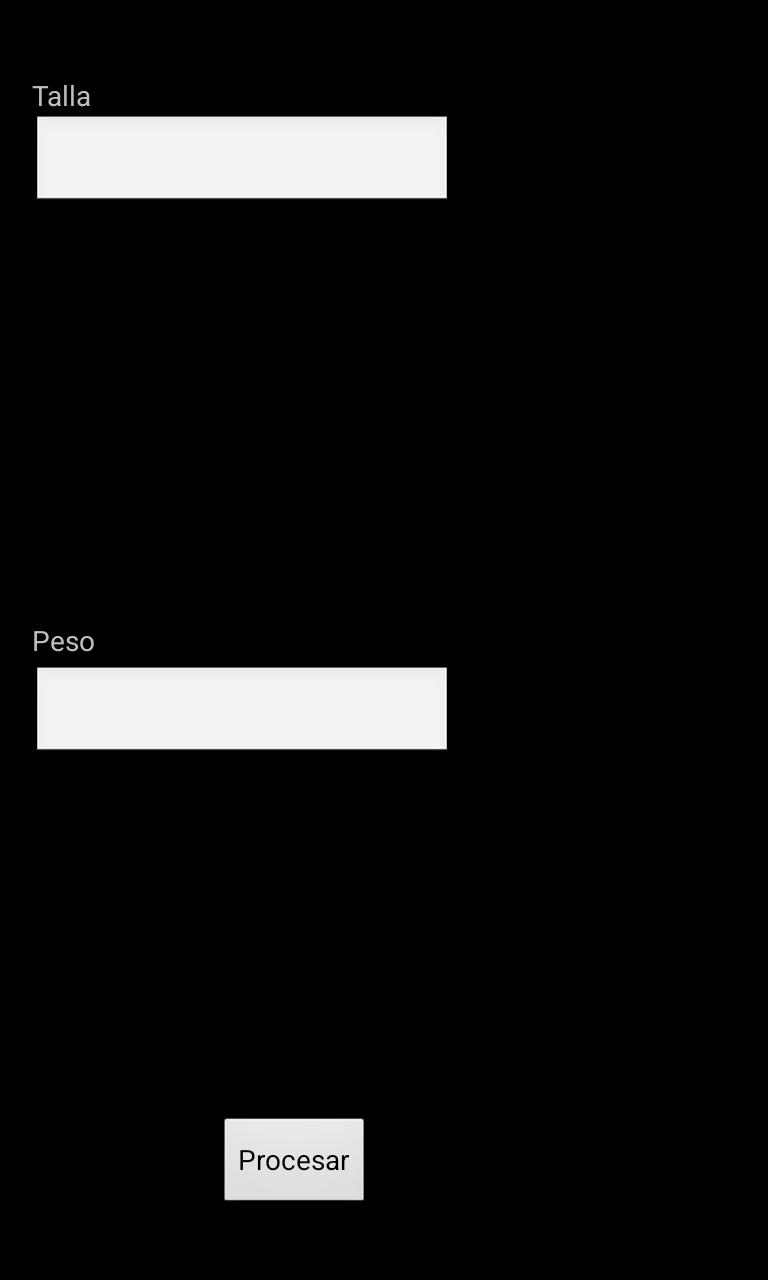
Repository: i1112928/semana02
Layout: semana02/res/layout/activity_pantalla2.xml
An editor plug-in stored every save of this project. The layout is shown before and after the next save, followed by the edit.
It is drawn on a 768 x 1280 px phone screen (xhdpi) without system bars, with theme android:Theme; the app's code is not run.

Above is the layout before, as saved 2015-05-31 16:49:43.

### semana02/res/layout/activity_pantalla2.xml
<RelativeLayout xmlns:android="http://schemas.android.com/apk/res/android"
    xmlns:tools="http://schemas.android.com/tools"
    android:layout_width="match_parent"
    android:layout_height="match_parent"
    android:paddingBottom="@dimen/activity_vertical_margin"
    android:paddingLeft="@dimen/activity_horizontal_margin"
    android:paddingRight="@dimen/activity_horizontal_margin"
    android:paddingTop="@dimen/activity_vertical_margin"
    tools:context=".Pantalla2" >

    <LinearLayout
        android:id="@+id/linearLayout1"
        android:layout_width="wrap_content"
        android:layout_height="wrap_content"
        android:layout_centerVertical="true"
        android:layout_marginRight="76dp"
        android:orientation="vertical" >

        <TextView
            android:id="@+id/txtPeso"
            android:layout_width="wrap_content"
            android:layout_height="wrap_content"
            android:text="@string/etiqueta_peso" />

    </LinearLayout>

    <TextView
        android:id="@+id/txtTalla"
        android:layout_width="wrap_content"
        android:layout_height="wrap_content"
        android:layout_alignLeft="@+id/linearLayout1"
        android:layout_alignParentTop="true"
        android:layout_marginTop="22dp"
        android:text="@string/etiqueta_talla" />

    <EditText
        android:id="@+id/inputTalla"
        android:layout_width="wrap_content"
        android:layout_height="wrap_content"
        android:layout_alignLeft="@+id/txtTalla"
        android:layout_below="@+id/txtTalla"
        android:ems="10" />

    <EditText
        android:id="@+id/inputPeso"
        android:layout_width="wrap_content"
        android:layout_height="wrap_content"
        android:layout_alignLeft="@+id/linearLayout1"
        android:layout_alignTop="@+id/linearLayout1"
        android:layout_marginTop="22dp"
        android:ems="10" />

    <Button
        android:id="@+id/btnProcesar"
        android:layout_width="wrap_content"
        android:layout_height="wrap_content"
        android:layout_alignParentBottom="true"
        android:layout_alignRight="@+id/inputPeso"
        android:layout_marginBottom="18dp"
        android:layout_marginRight="40dp"
        android:text="@string/boton_procesar" />

</RelativeLayout>

### semana02/res/values/strings.xml
<?xml version="1.0" encoding="utf-8"?>
<resources>

    <string name="app_name">semana02</string>
    <string name="action_settings">Settings</string>
    <string name="hello_world">Hello world!</string>
    <string name="menu2">Pantalla 2</string>
    <string name="title_activity_pantalla2">Pantalla02</string>
    <string name="title_activity_pantalla3">Pantalla03</string>
    <string name="title_activity_pantalla4">Pantalla04</string>
    <string name="title_activity_pantalla5">Pantalla05</string>


    <string name="etiqueta_talla">Talla</string>

    <string name="etiqueta_peso">Peso</string>

    <string name="boton_procesar">Procesar</string>



</resources>

Loaded but not shown: semana02/res/values/dimens.xml (common file)

After the next save:
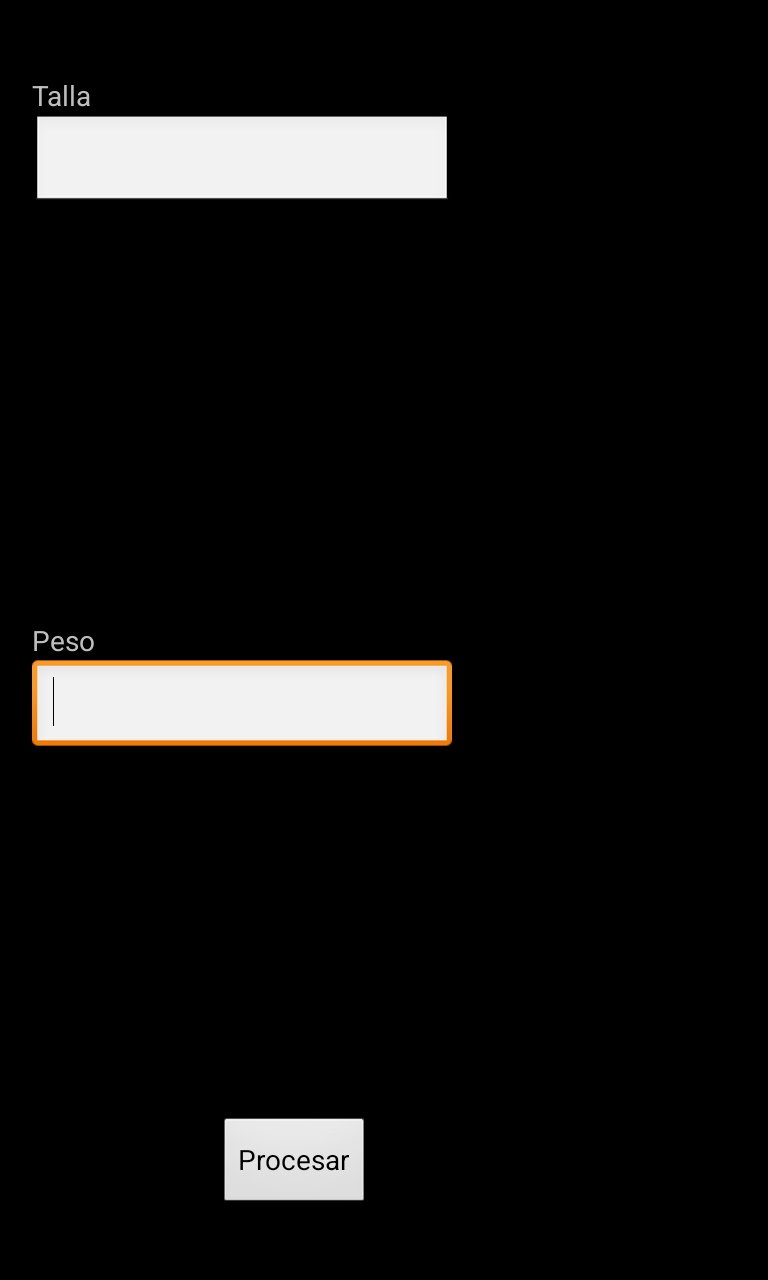
Saved 91 s later.
--- a/semana02/res/layout/activity_pantalla2.xml
+++ b/semana02/res/layout/activity_pantalla2.xml
@@ -41,15 +41,6 @@
         android:layout_below="@+id/txtTalla"
         android:ems="10" />
 
-    <EditText
-        android:id="@+id/inputPeso"
-        android:layout_width="wrap_content"
-        android:layout_height="wrap_content"
-        android:layout_alignLeft="@+id/linearLayout1"
-        android:layout_alignTop="@+id/linearLayout1"
-        android:layout_marginTop="22dp"
-        android:ems="10" />
-
     <Button
         android:id="@+id/btnProcesar"
         android:layout_width="wrap_content"
@@ -60,4 +51,15 @@
         android:layout_marginRight="40dp"
         android:text="@string/boton_procesar" />
 
+    <EditText
+        android:id="@+id/inputPeso"
+        android:layout_width="wrap_content"
+        android:layout_height="wrap_content"
+        android:layout_alignLeft="@+id/linearLayout1"
+        android:layout_below="@+id/linearLayout1"
+        android:ems="10" >
+
+        <requestFocus />
+    </EditText>
+
 </RelativeLayout>
